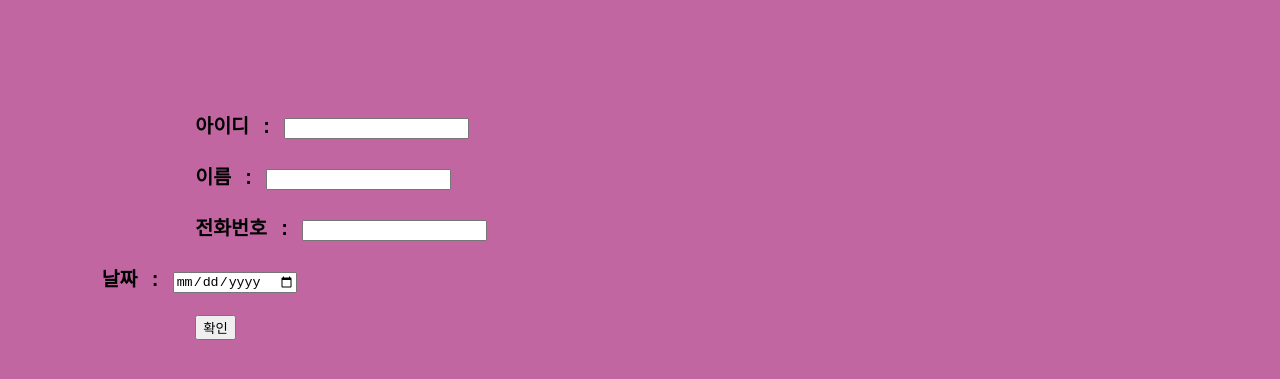
Repository: violetaplum/eclipseJSP
Page: http://localhost/JSP/jsp_DB/db_test.jsp
An editor plug-in stored every save of this project. The page is shown before and after the next save, followed by the edit.
The browser window is 1280 px wide. The pictures show the whole page.
The page is served by Tomcat 9.

Above is the page before, as saved 2019-06-11 10:37:43.

After the next save:
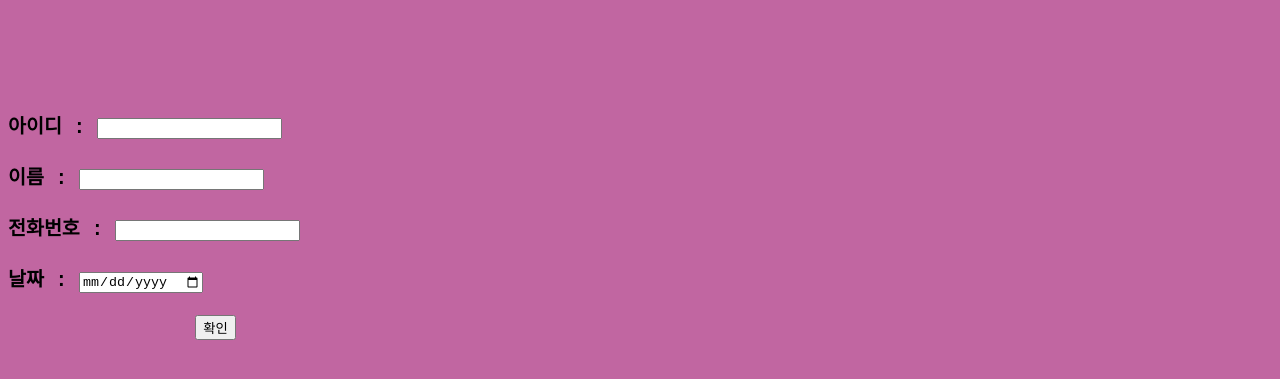
Saved 20 s later.
--- a/JSP/WebContent/jsp_DB/db_test.jsp
+++ b/JSP/WebContent/jsp_DB/db_test.jsp
@@ -16,10 +16,10 @@
   <pre>
     <h2>
 	<form action="jsp_db2.jsp" method="post"> <!-- jsp_db2.jsp로 입력된 값 전달 -->
-		아이디 : <input type="text" name="id"><br> <!-- id라는 변수에 값을 담아서 전달 -->
-		이름 : <input type="text" name="name"><br> <!-- passwd라는 변수에 값을 담아서 전달 -->
-		전화번호 : <input type="text" name="tel"><br>
-    	날짜 : <input type="date" name="date"><br>
+아이디 : <input type="text" name="id"><br> <!-- id라는 변수에 값을 담아서 전달 -->
+이름 : <input type="text" name="name"><br> <!-- passwd라는 변수에 값을 담아서 전달 -->
+전화번호 : <input type="text" name="tel"><br>
+날짜 : <input type="date" name="date"><br>
 		<input type="submit" value="확인">
 	</form>
   </h2>
